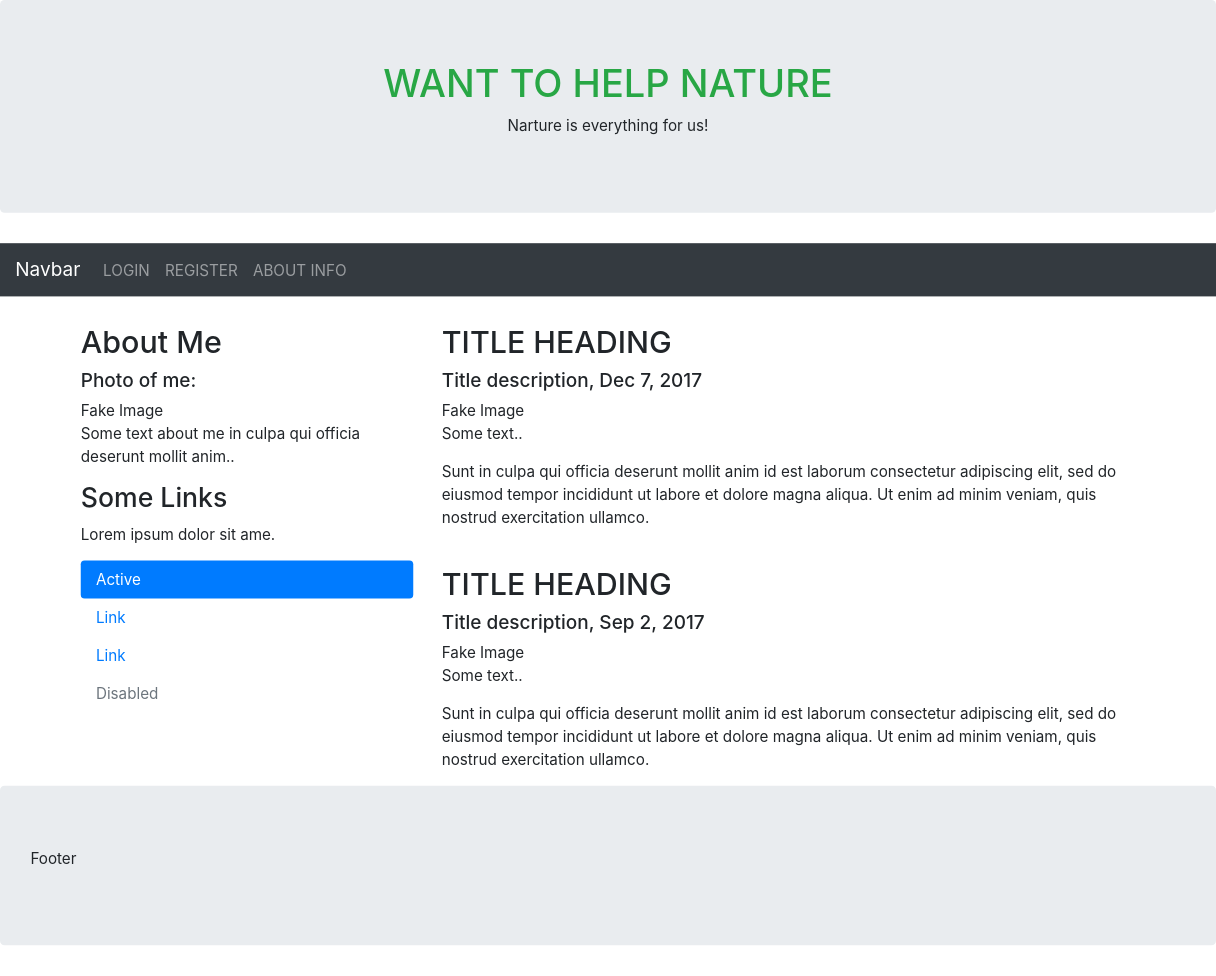
Repository: Apoorvasuswaram/cts
Page: appu/WebContent/main.html
An editor plug-in stored every save of this project. The page is shown before and after the next save, followed by the edit.
The browser window is 1280 px wide. The pictures show the whole page, at 95% of full size.

Above is the page before, as saved 2020-01-18 11:45:10.

After the next save:
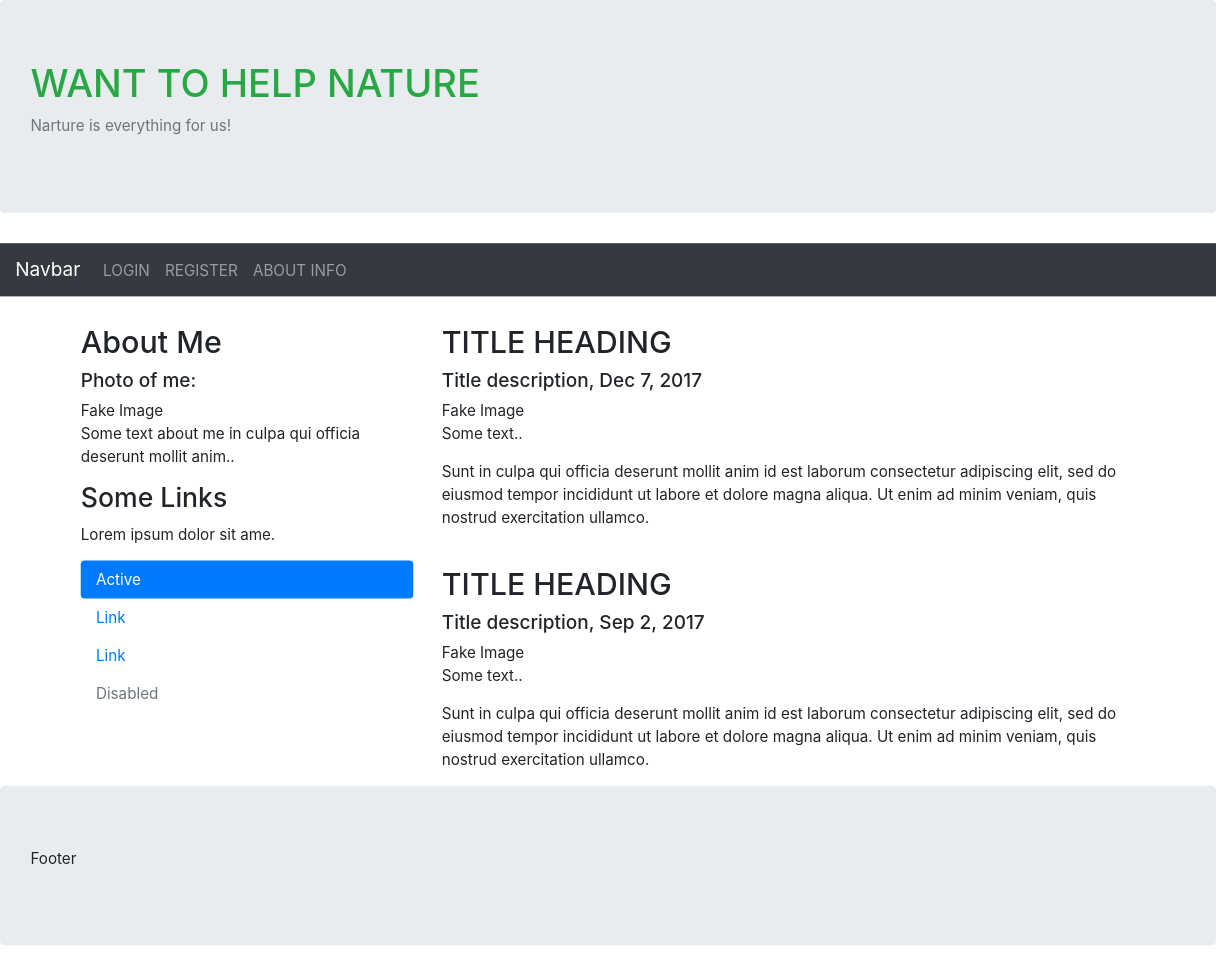
Saved 61 s later.
--- a/appu/WebContent/main.html
+++ b/appu/WebContent/main.html
@@ -20,7 +20,7 @@
 </head>
 <body>
 
-<div class="jumbotron text-center" style="margin-bottom:10" >
+<div class="jumbotron text-secondary" style="margin-bottom:10" >
   <h1 class="text-success">WANT TO HELP NATURE</h1>
   <p>Narture is everything for us!</p>
 </div>
